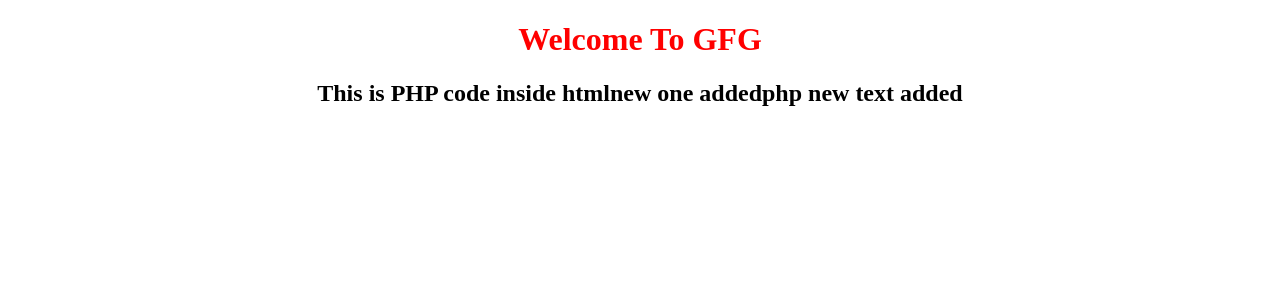
Repository: navyasureshkodenkiri/phpprojectgh-
Page: http://localhost/example1.php
An editor plug-in stored every save of this project. The page is shown before and after a run of saves, followed by the edit.
The browser window is 1280 px wide. The pictures show the whole page.
The page is run by PHP 8.4 with error messages shown; the project is at /var/www/html/.

Above is the page before, as saved 2022-12-14 11:04:14.

After the next 4 saves:
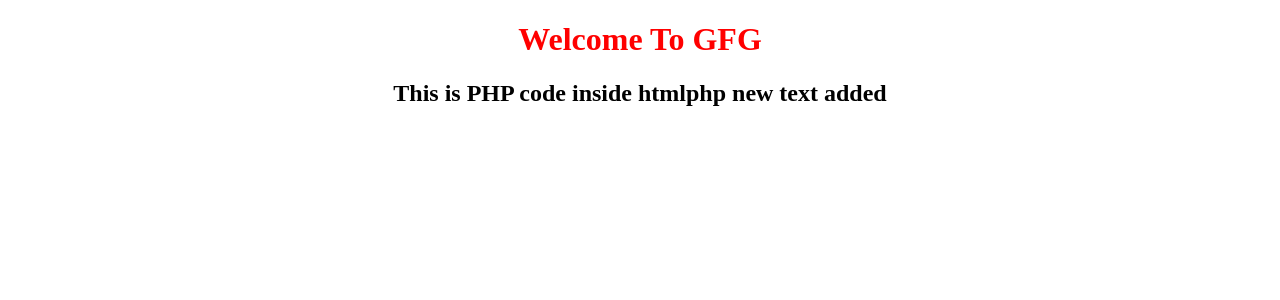
The 4 saves are shown as one change because they came seconds apart.
The last was saved 2 min 30 s later.
--- a/example1.php
+++ b/example1.php
@@ -16,7 +16,6 @@
         <h2>
             <?php
             echo "This is PHP code inside html";
-            echo "new one added";
             echo "php new text added"
 
             ?>
